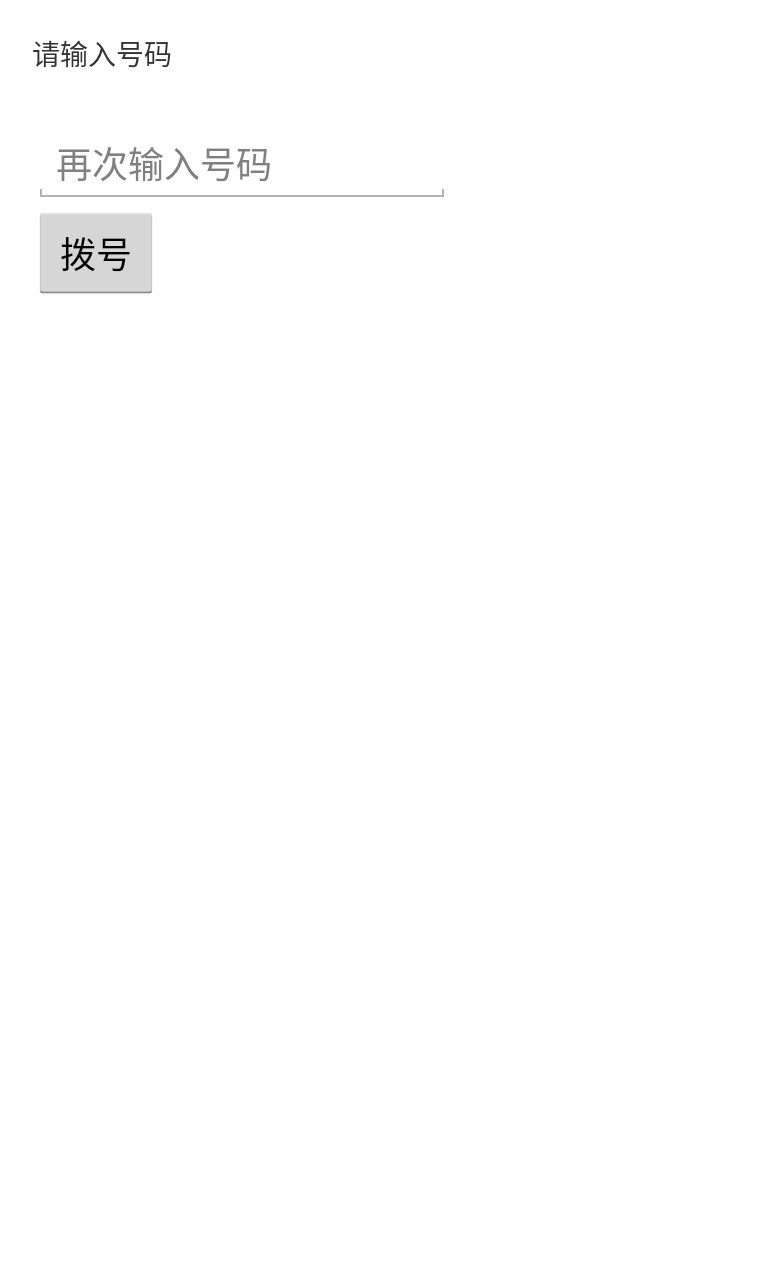
Repository: howu911/AndroidPracticeCode
Layout: day_02/code/day02_03_thirdClickEventMethod/res/layout/activity_main.xml
These files come from the project's save history. The layout is drawn as it stood at one moment and after the next save; the edit follows.
It is drawn on a 768 x 1280 px phone screen (xhdpi) without system bars, with theme AppTheme; the app's code is not run.

Above is the layout before, as saved 2020-04-06 13:37:02.

After the next save:
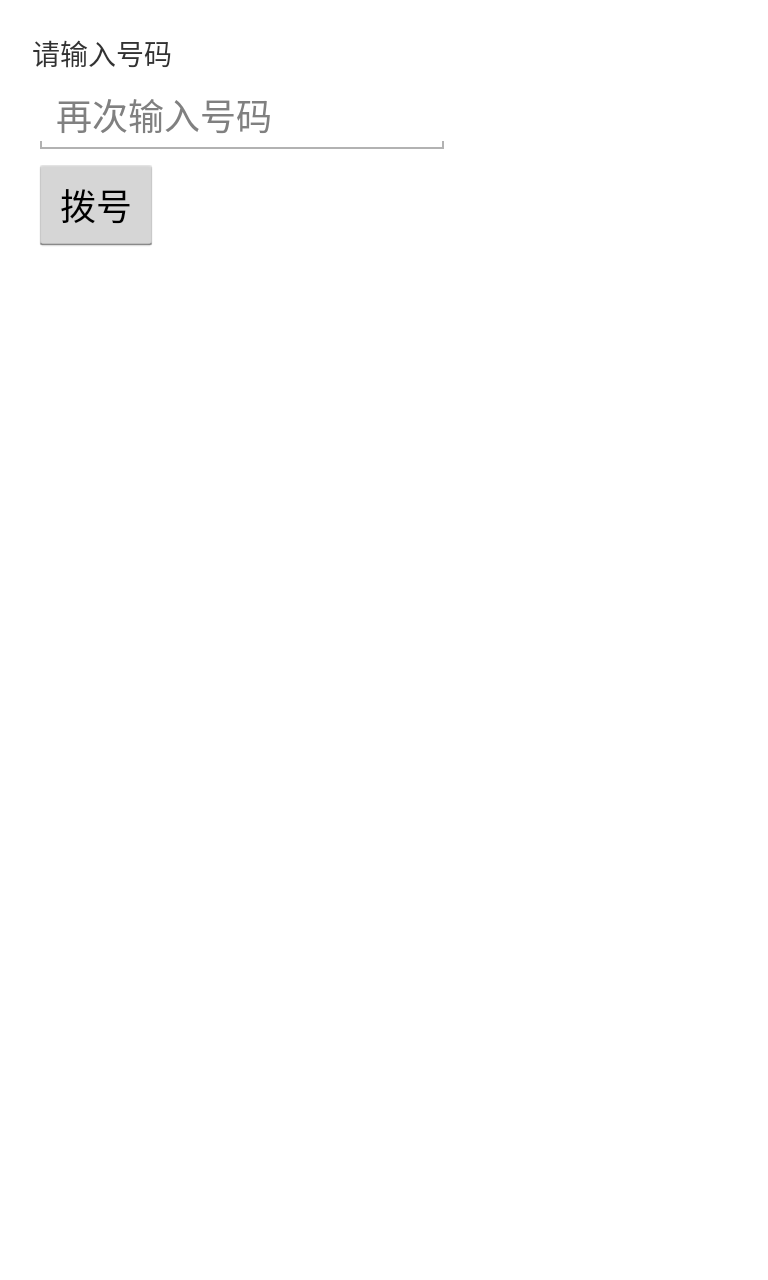
Saved 36 s later.
--- a/day_02/code/day02_03_thirdClickEventMethod/res/layout/activity_main.xml
+++ b/day_02/code/day02_03_thirdClickEventMethod/res/layout/activity_main.xml
@@ -20,7 +20,7 @@
         android:layout_height="wrap_content"
         android:layout_alignLeft="@+id/textView1"
         android:layout_below="@+id/textView1"
-        android:layout_marginTop="24dp"
+
         android:hint="再次输入号码"
         android:ems="10" />
 
